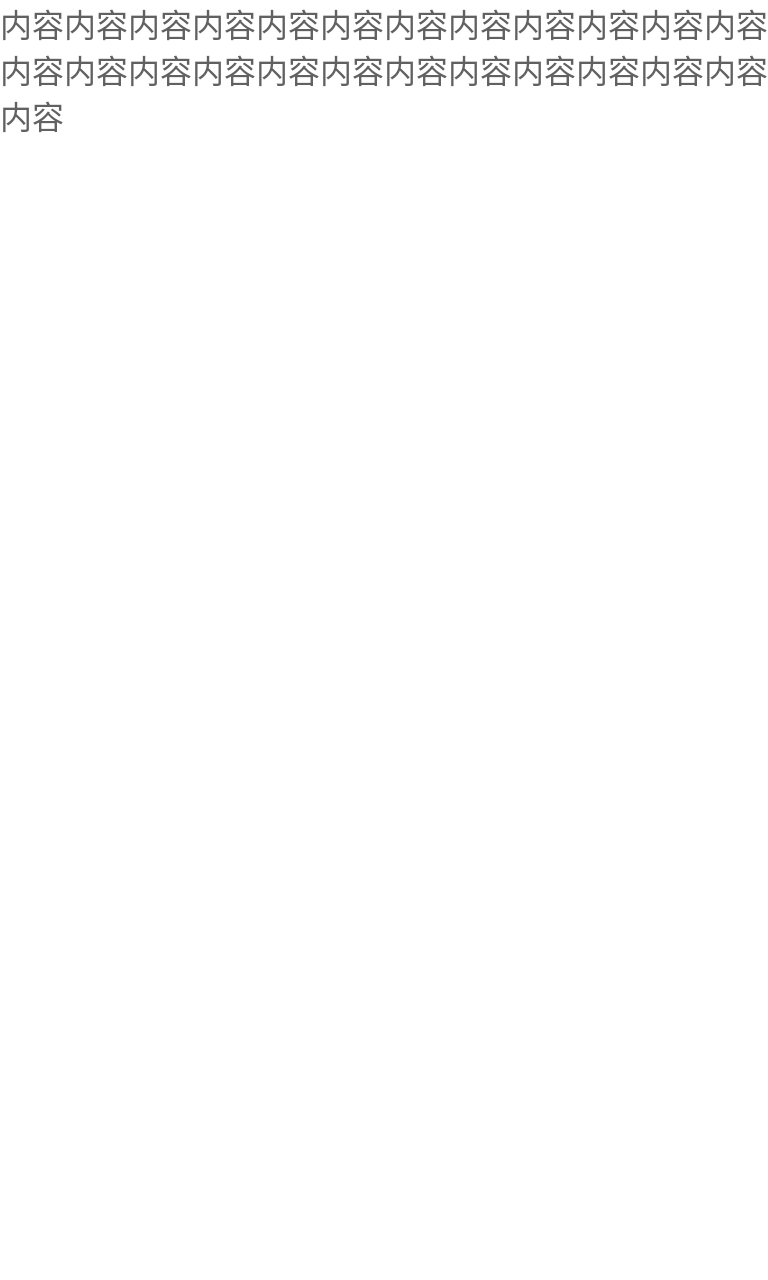
Repository: fatio/Nower
Layout: Android_Client_Source/EnjoyIt/res/layout/comment_list_item.xml
An editor plug-in stored every save of this project. The layout is shown before and after the next save, followed by the edit.
It is drawn on a 768 x 1280 px phone screen (xhdpi) without system bars, with theme AppTheme; the app's code is not run.

Above is the layout before, as saved 2015-12-27 16:24:58.

### Android_Client_Source/EnjoyIt/res/layout/comment_list_item.xml
<?xml version="1.0" encoding="utf-8"?>
<LinearLayout xmlns:android="http://schemas.android.com/apk/res/android"
    android:layout_width="match_parent"
    android:layout_height="match_parent"
    android:layout_marginBottom="5dp"
    android:layout_marginLeft="10dp"
    android:layout_marginRight="10dp"
    android:layout_marginTop="5dp"
    android:orientation="horizontal" >

    <!--
         <TextView
        android:id="@+id/tv_com_user"
        android:layout_width="wrap_content"
        android:layout_height="wrap_content"
        android:text="小明"
        android:textColor="#448AFF"
        android:textSize="12sp" />

    <TextView
        android:id="@+id/tv_back_text"
        android:layout_width="wrap_content"
        android:layout_height="wrap_content"
        android:text="回复"
        android:textColor="#2B2B2B"
        android:textSize="12sp" />

    <TextView
        android:id="@+id/tv_comed_user"
        android:layout_width="wrap_content"
        android:layout_height="wrap_content"
        android:text="小红"
        android:textColor="#448AFF"
        android:textSize="12sp" />

    <TextView
        android:layout_width="wrap_content"
        android:layout_height="wrap_content"
        android:text="："
        android:textColor="#2B2B2B"
        android:textSize="12sp" />

    <TextView
        android:id="@+id/tv_context"
        android:layout_width="wrap_content"
        android:layout_height="wrap_content"
        android:text="内容内容内容内容内容内容内容内容内容内容内容内容内容内容内容内容内容内容内容内容内容内容内容内容内容内容"
        android:textColor="#2B2B2B"
        android:textSize="12sp" />
    -->

    <TextView
        android:id="@+id/tv_text"
        android:layout_width="wrap_content"
        android:layout_height="wrap_content"
        android:text="内容内容内容内容内容内容内容内容内容内容内容内容内容内容内容内容内容内容内容内容内容内容内容内容内容"
        android:textColor="#616161"
        android:textSize="16sp"/>

</LinearLayout>

### Android_Client_Source/EnjoyIt/res/values/styles.xml
<resources>
    <style name="like_toast_dialog_style">
        <item name="android:windowFrame">@null</item>
        <item name="android:windowIsFloating">true</item>
        <item name="android:windowIsTranslucent">true</item>
        <item name="android:windowNoTitle">true</item>
        <item name="android:backgroundDimEnabled">false</item>
        <item name="android:windowContentOverlay">@null</item>
        <item name="android:windowBackground">@drawable/round_background</item>
    </style>
    <style name="AnimBottom" parent="@android:style/Animation">
        <item name="android:windowEnterAnimation">@anim/push_bottom_in</item>
        <item name="android:windowExitAnimation">@anim/push_bottom_out</item>
    </style>

    <style name="PopupAnimation3" parent="android:Animation">
        <item name="android:windowEnterAnimation">@anim/push_bottom_in</item>
        <item name="android:windowExitAnimation">@anim/push_bottom_out</item>
    </style>

    <style name="PopupAnimation" mce_bogus="1" parent="android:Animation">
        <item name="android:windowEnterAnimation">@anim/activity_translate_in</item>
        <item name="android:windowExitAnimation">@anim/activity_translate_out</item>
    </style>

    <style name="PopupAnimation1" mce_bogus="1" parent="android:Animation">
        <item name="android:windowEnterAnimation">@anim/popup_enter</item>
        <item name="android:windowExitAnimation">@anim/popup_exit</item>
    </style>
    <!--
        Base application theme, dependent on API level. This theme is replaced
        by AppBaseTheme from res/values-vXX/styles.xml on newer devices.

    -->
    <style name="AppBaseTheme" parent="android:Theme.Light">
        <!--
            Theme customizations available in newer API levels can go in
            res/values-vXX/styles.xml, while customizations related to
            backward-compatibility can go here.

        -->
    </style>

    <!-- Application theme. -->
    <style name="AppTheme" parent="AppBaseTheme">
        <!-- All customizations that are NOT specific to a particular API-level can go here. -->
    </style>

</resources>

Loaded but not shown: Android_Client_Source/EnjoyIt/res/values-v11/styles.xml (common file); Android_Client_Source/EnjoyIt/res/values-v14/styles.xml (common file)

After the next save:
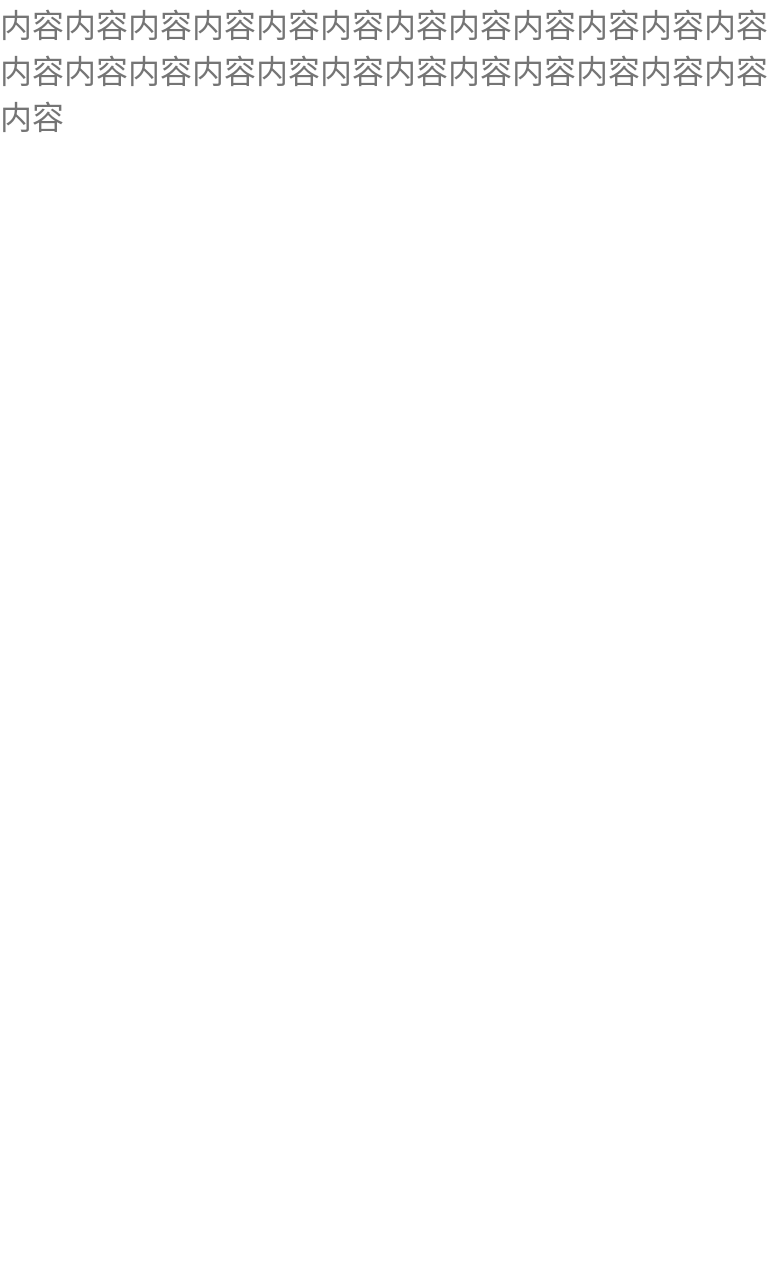
Saved 12 s later.
--- a/Android_Client_Source/EnjoyIt/res/layout/comment_list_item.xml
+++ b/Android_Client_Source/EnjoyIt/res/layout/comment_list_item.xml
@@ -54,7 +54,7 @@
         android:layout_width="wrap_content"
         android:layout_height="wrap_content"
         android:text="内容内容内容内容内容内容内容内容内容内容内容内容内容内容内容内容内容内容内容内容内容内容内容内容内容"
-        android:textColor="#616161"
+        android:textColor="#757575"
         android:textSize="16sp"/>
 
 </LinearLayout>
